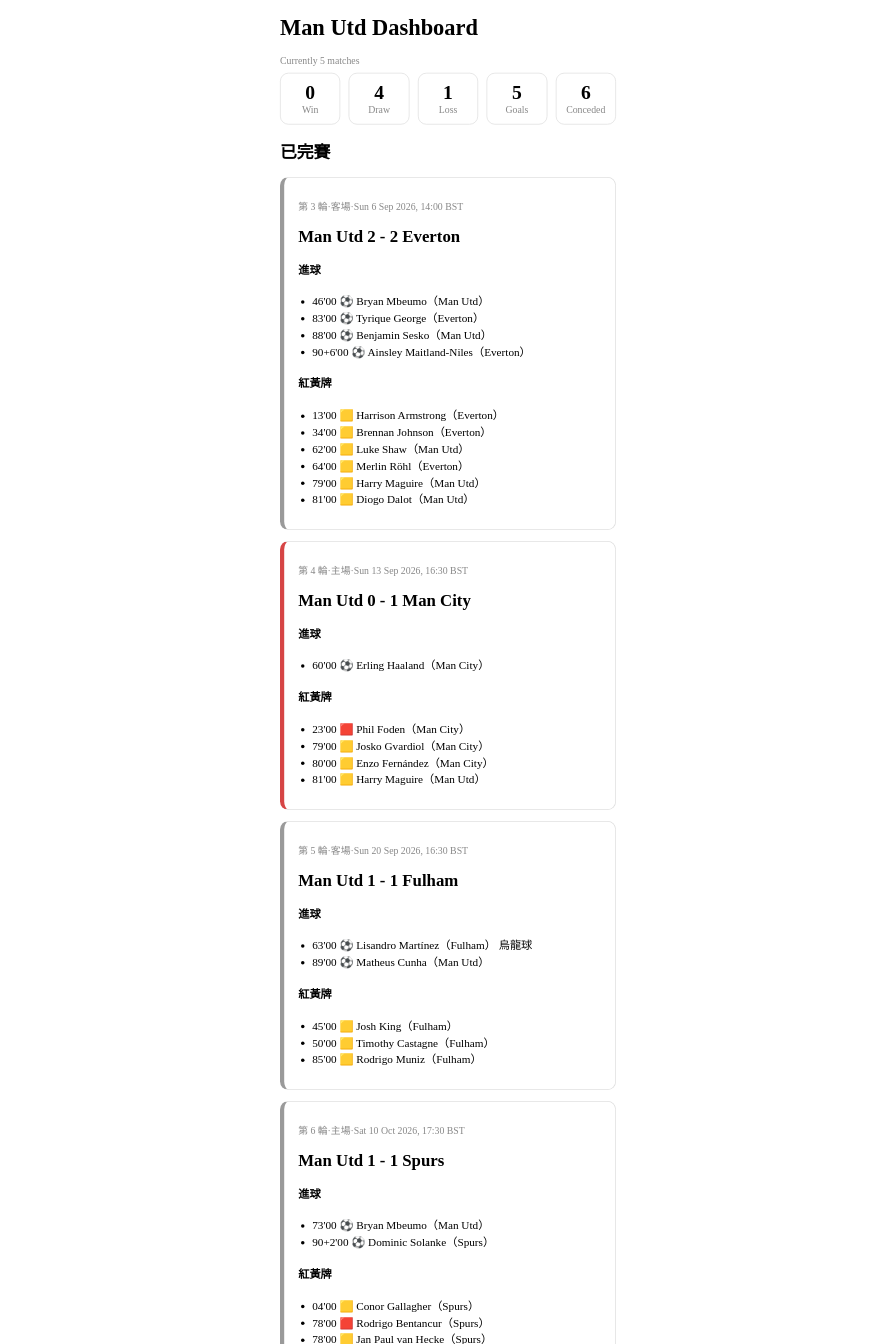
Repository: Chengyu0814/Premier-League-Dashboard
Page: / (app in frontend/)
These files come from the project's save history. The page is drawn as it stood at one moment and after the next save; the edit follows.
The browser window is 1280 px wide. The pictures show the part of the page from y = 0 to 1920 px (the page is 3028 px tall before and 3060 px after), at 70% of full size.
The project was rebuilt for these pictures with package versions that can differ from the ones it lists, and the page was loaded fresh each time. Also part of the build but not shown: frontend/vite.config.js.

Above is the page before, as saved 2026-10-27 14:09:07.

After the next save:
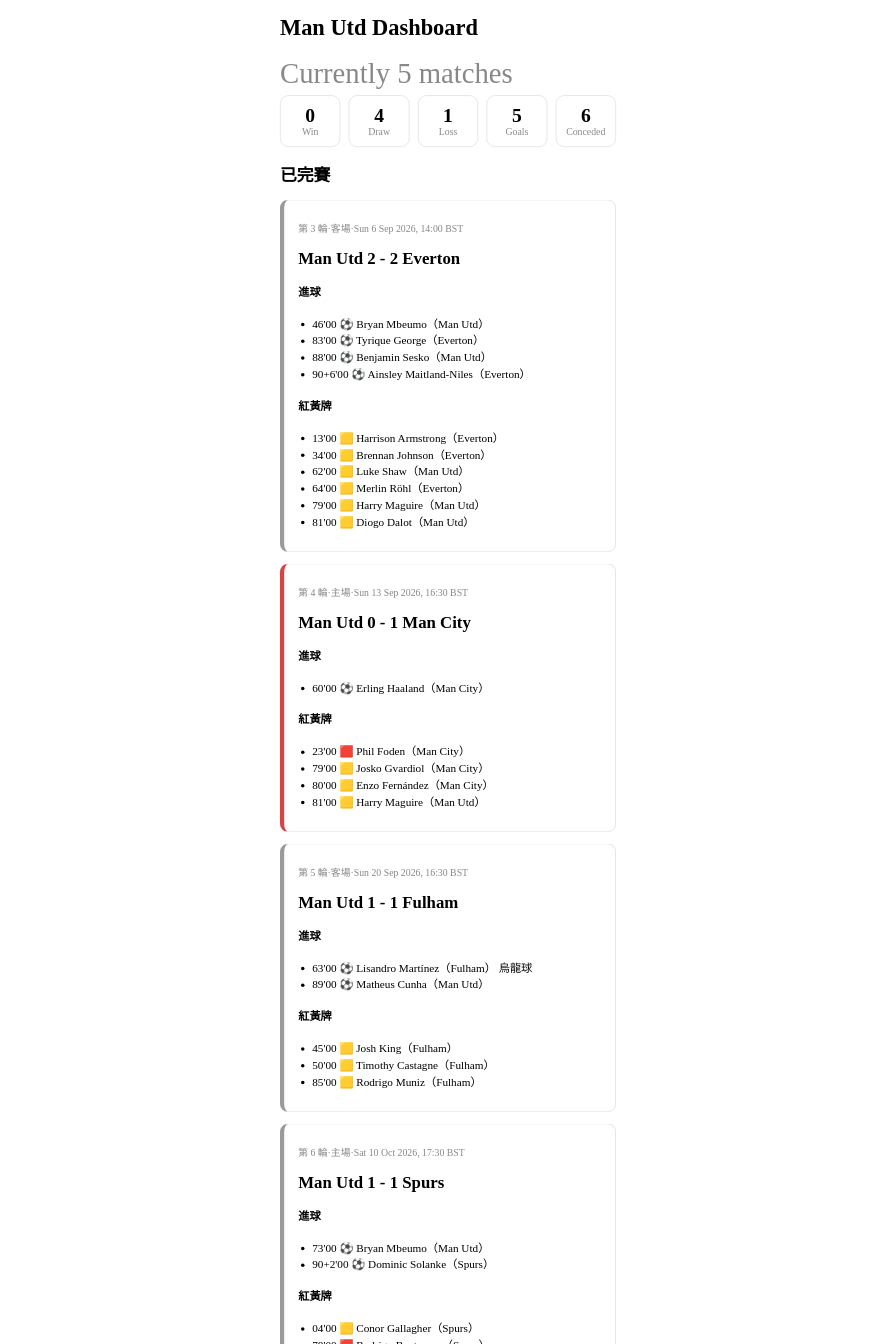
Saved 13 s later.
--- a/frontend/src/index.css
+++ b/frontend/src/index.css
@@ -52,7 +52,7 @@
 
 .match-count {
     color: #888;
-    font-size: 14px;
+    font-size: 41px;
     margin-bottom: 8px;
     text-align: left;
 }
